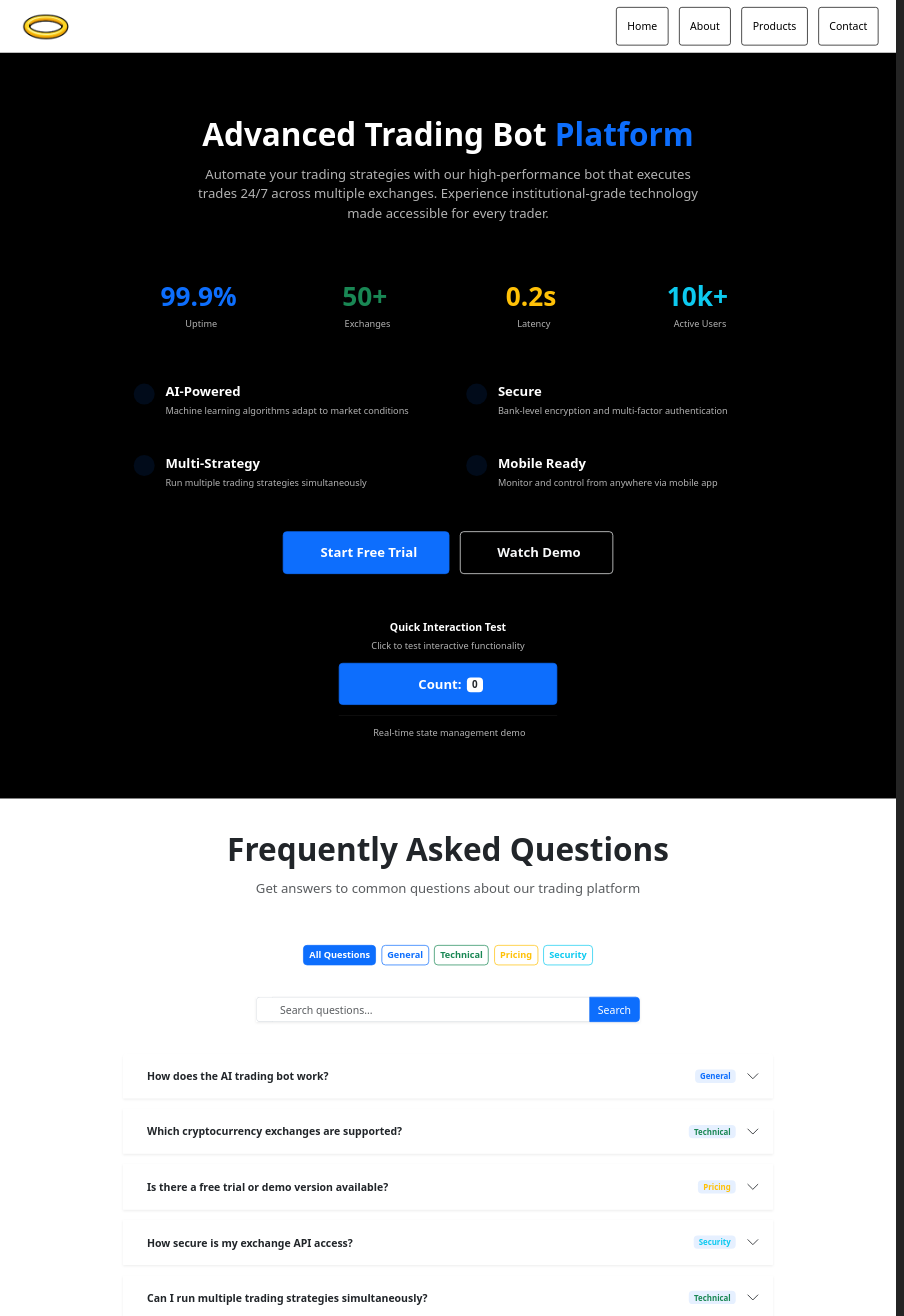
Repository: Kevin-Pro-Codes/halo-trading
Page: /
An editor plug-in stored every save of this project. The page is shown before and after a run of saves, followed by the edit.
The browser window is 1280 px wide. The page is 1280 px wide, then 1291 px, so the pictures cover 1291 px, including what lies to the right of the window. The pictures show the part of the page from y = 0 to 1880 px (the page is 19648 px tall), at 70% of full size.
The page's requests for data from a server got no answer. The project was rebuilt for these pictures with package versions that can differ from the ones it lists, and the page was loaded fresh each time. Some packages were replaced by stand-ins written for this rebuild. No one was signed in, and anything a server would have sent is missing. Also part of the build but not shown: vite.config.js, src/styles/DocStyle.css, src/styles/PricingStyle.css.

Above is the page before, as saved 2025-12-09 20:24:35.

### src/index.css
:root {
  font-family: system-ui, Avenir, Helvetica, Arial, sans-serif;
  line-height: 1.5;
  font-weight: 400;
  color-scheme: light dark;
  color: rgba(255, 255, 255, 0.87);
  background-color: #242424;
  font-synthesis: none;
  text-rendering: optimizeLegibility;
  -webkit-font-smoothing: antialiased;
  -moz-osx-font-smoothing: grayscale;
}

a {
  font-weight: 500;
  color: #646cff;
  text-decoration: inherit;
}
a:hover {
  color: #535bf2;
}


h1 {
  font-size: 3.2em;
  line-height: 1.1;
}

button {
  border-radius: 8px;
  border: 1px solid transparent;
  padding: 0.6em 1.2em;
  font-size: 1em;
  font-weight: 500;
  font-family: inherit;
  background-color: #1a1a1a;
  cursor: pointer;
  transition: border-color 0.25s;
}
button:hover {
  border-color: #646cff;
}
button:focus,
button:focus-visible {
  outline: 4px auto -webkit-focus-ring-color;
}

### src/Navbar.jsx
import React from 'react';
import haloLogo from './assets/halo.png';



const Navbar = ({ showHamburger, menuOpen, setMenuOpen }) => {
  return (
    <nav className="navbar">
      <div className="nav-content">
        <div className="nav-brand">
          <img src={haloLogo} alt="Trading Bot Logo" className="logo-img" />
        </div>

        {showHamburger ? (
          <div className="hamburger-container">
            <button
              className={`hamburger-btn ${menuOpen ? 'active' : ''}`}
              onClick={() => setMenuOpen(!menuOpen)}
              aria-label="Menu"
            >
              <span></span>
              <span></span>
              <span></span>
            </button>
          </div>
        ) : (
          <div className="nav-links">
            <button className="nav-btn">Home</button>
            <button className="nav-btn">About</button>
            <button className="nav-btn">Products</button>
            <button className="nav-btn">Contact</button>
          </div>
        )}
      </div>

      {showHamburger && menuOpen && (
        <div className="mobile-menu">
          <button className="nav-btn">Home</button>
          <button className="nav-btn">About</button>
          <button className="nav-btn">Products</button>
          <button className="nav-btn">Contact</button>
        </div>
      )}
    </nav>
  );
};

export default Navbar;

### src/components/LatestSection.jsx
import React from 'react';

const LatestSection = () => {
  const updates = [
    {
      id: 1,
      title: "Version 3.0 Launched",
      description: "Major platform upgrade with AI-powered trading signals, enhanced backtesting, and multi-exchange arbitrage capabilities.",
      category: "Platform Update",
      date: "June 2025",
      icon: "bi-rocket-takeoff-fill",
      color: "primary",
      badge: "New",
      tags: ["AI", "Performance", "Multi-Exchange"]
    },
    {
      id: 2,
      title: "Enhanced Security Framework",
      description: "Implemented advanced API key encryption, multi-factor authentication, and real-time threat detection systems.",
      category: "Security",
      date: "May 2025",
      icon: "bi-shield-check",
      color: "success",
      badge: "Enhanced",
      tags: ["Security", "Encryption", "2FA"]
    },
    {
      id: 3,
      title: "Mobile App 2.0 Released",
      description: "Redesigned mobile application with real-time notifications, advanced charting, and one-click trade execution.",
      category: "Mobile",
      date: "April 2025",
      icon: "bi-phone-fill",
      color: "info",
      badge: "Update",
      tags: ["Mobile", "iOS", "Android"]
    },
    {
      id: 4,
      title: "Added 5 New Exchanges",
      description: "Extended platform support to include KuCoin, Bybit, Bitfinex, OKX, and Gate.io for broader market access.",
      category: "Integration",
      date: "March 2025",
      icon: "bi-arrow-left-right",
      color: "warning",
      badge: "Expanded",
      tags: ["Exchanges", "Integration", "Markets"]
    },
    {
      id: 5,
      title: "Advanced Analytics Dashboard",
      description: "Introducing comprehensive performance metrics, profit/loss tracking, and customizable reporting tools.",
      category: "Features",
      date: "February 2025",
      icon: "bi-graph-up",
      color: "purple",
      badge: "Feature",
      tags: ["Analytics", "Reports", "Metrics"]
    },
    {
      id: 6,
      title: "Community Integration",
      description: "Launched user community forum and strategy marketplace for sharing and discovering profitable trading strategies.",
      category: "Community",
      date: "January 2025",
      icon: "bi-people-fill",
      color: "danger",
      badge: "Community",
      tags: ["Forum", "Strategies", "Social"]
    }
  ];

  const categories = [
    { id: "all", name: "All Updates", icon: "bi-grid", count: updates.length },
    { id: "platform", name: "Platform", icon: "bi-rocket", count: 1 },
    { id: "security", name: "Security", icon: "bi-shield", count: 1 },
    { id: "mobile", name: "Mobile", icon: "bi-phone", count: 1 },
    { id: "integration", name: "Integration", icon: "bi-arrow-left-right", count: 1 },
    { id: "features", name: "Features", icon: "bi-stars", count: 1 },
    { id: "community", name: "Community", icon: "bi-people", count: 1 }
  ];

  return (
    <section className="py-5 bg-dark text-white">
      <div className="container">
        {/* Header */}
        <div className="row justify-content-center text-center mb-5">
          <div className="col-lg-8">
            <div className="d-flex align-items-center justify-content-center mb-3">
              <div className="bg-primary bg-opacity-10 p-2 rounded-circle me-3">
                <i className="bi bi-megaphone-fill text-primary fs-3"></i>
              </div>
              <h2 className="display-5 fw-bold mb-0 text-white">Latest Updates & News</h2>
            </div>
            <p className="lead text-white-50 mb-4">
              Stay updated with the latest features, improvements, and announcements from our trading platform
            </p>
          </div>
        </div>

        {/* Stats Summary */}
        <div className="row justify-content-center mb-5">
          <div className="col-lg-10">
            <div className="row g-3">
              <div className="col-md-3 col-6">
                <div className="text-center p-3 bg-dark bg-opacity-50 border border-secondary rounded-3">
                  <div className="display-6 fw-bold text-primary mb-1">{updates.length}</div>
                  <div className="text-white-50 small">Total Updates</div>
                </div>
              </div>
              <div className="col-md-3 col-6">
                <div className="text-center p-3 bg-dark bg-opacity-50 border border-secondary rounded-3">
                  <div className="display-6 fw-bold text-success mb-1">5</div>
                  <div className="text-white-50 small">New Exchanges</div>
                </div>
              </div>
              <div className="col-md-3 col-6">
                <div className="text-center p-3 bg-dark bg-opacity-50 border border-secondary rounded-3">
                  <div className="display-6 fw-bold text-warning mb-1">3.0</div>
                  <div className="text-white-50 small">Current Version</div>
                </div>
              </div>
              <div className="col-md-3 col-6">
                <div className="text-center p-3 bg-dark bg-opacity-50 border border-secondary rounded-3">
                  <div className="display-6 fw-bold text-info mb-1">98%</div>
                  <div className="text-white-50 small">Uptime Rate</div>
                </div>
              </div>
            </div>
          </div>
        </div>

        {/* Category Filter */}
        <div className="row justify-content-center mb-4">
          <div className="col-lg-10">
            <div className="d-flex flex-wrap justify-content-center gap-2 mb-4">
              {categories.map((category) => (
                <button
                  key={category.id}
                  className="btn btn-outline-primary btn-sm px-3 py-2"
                >
                  <i className={`bi ${category.icon} me-2`}></i>
                  {category.name}
                  <span className="badge bg-primary ms-2">{category.count}</span>
                </button>
              ))}
            </div>
          </div>
        </div>

       {/* Updates Grid */}
<div className="row justify-content-center">
  <div className="col-lg-10">
    <div className="row g-4">
      {updates.map((update) => (
        <div key={update.id} className="col-md-6 col-lg-4">
          <div className="card h-100 border-secondary bg-white hover-lift transition-all">
            <div className="card-body p-4">
              <div className="d-flex justify-content-between align-items-start mb-3">
                <div className="d-flex align-items-center">
                  <div className={`bg-${update.color} bg-opacity-10 p-2 rounded-circle me-3`}>
                    <i className={`bi ${update.icon} text-${update.color} fs-5`}></i>
                  </div>
                  <span className={`badge bg-${update.color} bg-opacity-10 text-${update.color}`}>
                    {update.category}
                  </span>
                </div>
                <span className="badge bg-primary bg-opacity-10 text-primary">
                  {update.badge}
                </span>
              </div>

              <h4 className="fw-bold mb-3 text-black">{update.title}</h4>
              <p className="text-black mb-4">{update.description}</p>

              <div className="d-flex justify-content-between align-items-center mt-auto">
                <div className="d-flex flex-wrap gap-2"> {/* REMOVED: pb-5 class */}
                  {update.tags.map((tag, index) => (
                    <span key={index} className="badge bg-dark border border-secondary text-white-50 small pb-1.5">
                      #{tag}
                    </span>
                  ))}
                </div>
                <div className="text-end">
                  <div className="text-white-50 small">{update.date}</div>
                </div>
              </div>
            </div>

            {/* Card Footer */}
            <div className="card-footer bg-white border-top border-secondary pt-0">
              <button className="btn btn-link text-decoration-none p-0 text-primary">
                <i className="bi bi-arrow-right-circle me-1"></i>
                Learn More
              </button>
            </div>
          </div>
        </div>
      ))}
    </div>
  </div>
</div>

{/* Two Boxes at Bottom - FULL CONTROL */}
<div style={{
  width: '100%',
  padding: '0px',
  marginTop: '3rem',
  marginBottom: '2rem'
}}>
  <div style={{
    display: 'flex',
    gap: '30px',
    justifyContent: 'center'
  }}>

    {/* Left Box: Newsletter */}
    <div style={{
      flex: '1',
      minWidth: '650px',
      maxWidth: '700px'
    }}>
      <div className="card border-primary bg-white" style={{
        minHeight: '380px',
        borderRadius: '10px'
      }}>
        <div className="card-body p-4 d-flex flex-column">

          <div className="d-flex align-items-center mb-3">
            <div className="bg-primary bg-opacity-10 p-2 rounded-circle me-3">
              <i className="bi bi-bell-fill text-black fs-4"></i>
            </div>
            <div>
              <h4 className="fw-bold mb-1 text-black">Stay Updated</h4>
              <p className="text-black small mb-0">Get the latest news in your inbox</p>
            </div>
          </div>

          <p className="text-black mb-4">
            Subscribe to our newsletter and be the first to know about new features, updates, and trading insights.
          </p>

          <div className="mt-auto">
            <div className="input-group mb-3">
              <input
                type="email"
                className="form-control border-secondary"
                placeholder="Your email address"
              />
              <button className="btn btn-primary">Subscribe</button>
            </div>
            <small className="text-black">
              <i className="bi bi-shield-check me-1"></i>
              We respect your privacy. Unsubscribe anytime.
            </small>
          </div>
        </div>
      </div>
    </div>

    {/* Right Box: Roadmap */}
    <div style={{
      flex: '1',
      minWidth: '500px',
      maxWidth: '700px'
    }}>
      <div className="card border-warning bg-white" style={{
        minHeight: '380px',
        borderRadius: '10px'
      }}>
        <div className="card-body p-4 d-flex flex-column">

          <div className="d-flex align-items-center mb-3">
            <div className="bg-warning bg-opacity-10 p-2 rounded-circle me-3">
              <i className="bi bi-map text-warning fs-4"></i>
            </div>
            <div>
              <h4 className="fw-bold mb-1 text-black">What's Coming Next</h4>
              <p className="text-black small mb-0">Upcoming features roadmap</p>
            </div>
          </div>

          <div className="mb-4">
            <div className="d-flex align-items-start mb-3">
              <div className="text-warning me-3 mt-1"><i className="bi bi-circle-fill"></i></div>
              <div>
                <h6 className="fw-bold mb-1 text-black">AI Strategy Builder</h6>
                <p className="text-black small mb-0">Create custom trading strategies with AI assistance</p>
                <small className="text-warning"><i className="bi bi-calendar me-1"></i> Q3 2025</small>
              </div>
            </div>

            <div className="d-flex align-items-start mb-3">
              <div className="text-info me-3 mt-1"><i className="bi bi-circle-fill"></i></div>
              <div>
                <h6 className="fw-bold mb-1 text-black">Social Trading</h6>
                <p className="text-black small mb-0">Follow top traders and copy their strategies</p>
                <small className="text-info"><i className="bi bi-calendar me-1"></i> Q4 2025</small>
              </div>
            </div>

            <div className="d-flex align-items-start">
              <div className="text-success me-3 mt-1"><i className="bi bi-circle-fill"></i></div>
              <div>
                <h6 className="fw-bold mb-1 text-black">DeFi Integration</h6>
                <p className="text-black small mb-0">Connect with decentralized finance protocols</p>
                <small className="text-success"><i className="bi bi-calendar me-1"></i> Q1 2026</small>
              </div>
            </div>
          </div>

          <div className="mt-auto">
            <button className="btn btn-outline-warning w-100">
              <i className="bi bi-clock-history me-2"></i>
              View Full Roadmap
            </button>
          </div>
        </div>
      </div>
    </div>

  </div>
</div>

        {/* View All Button - Adjusted for bottom position */}
        <div className="row justify-content-center mt-5 py-5"> {/* CHANGED: Increased top margin to mt-5 and added vertical padding with py-5 */}
          <div className="col-lg-10 text-center">
            <button className="btn btn-outline-primary px-4 py-3">
              <i className="bi bi-clock-history me-2"></i>
              View Complete Update History
              <i className="bi bi-arrow-right ms-2"></i>
            </button>
          </div>
        </div>
      </div>

      {/* CSS Styling */}
      <style jsx>{`
        .bg-dark {
          background-color: #000000 !important;
        }
          .bg-white {
          background-color: #ffffffff !important;
        }
        .hover-lift {
          transition: all 0.3s ease;
        }

        .hover-lift:hover {
          transform: translateY(-5px);
          box-shadow: 0 10px 25px rgba(0, 0, 0, 0.3) !important;
          border-color: #495057 !important;
        }

        .transition-all {
          transition: all 0.3s ease;
        }

        .bg-purple {
          background-color: #6f42c1 !important;
        }

        .text-purple {
          color: #6f42c1 !important;
        }

        .bg-purple.bg-opacity-10 {
          background-color: rgba(111, 66, 193, 0.1) !important;
        }

        .bg-danger.bg-opacity-10 {
          background-color: rgba(220, 53, 69, 0.1) !important;
        }

        .text-white-50 {
          color: rgba(255, 255, 255, 0.7) !important;
        }

        .border-secondary {
          border-color: #495057 !important;
        }

        .btn-outline-primary:hover {
          transform: translateY(-2px);
          box-shadow: 0 5px 15px rgba(13, 110, 253, 0.2);
        }

        .btn-outline-warning:hover {
          transform: translateY(-2px);
          box-shadow: 0 5px 15px rgba(255, 193, 7, 0.2);
        }

        .form-control:focus {
          background-color: #ffffffff !important;
          border-color: #86b7fe !important;
          box-shadow: 0 0 0 0.25rem rgba(13, 110, 253, 0.25) !important;
          color: white !important;
        }


      `}</style>
    </section>
  );
};

export default LatestSection;

### src/Footer.jsx
import React from "react";

const Footer = () => {
  return (
    <footer className="section-black">
      <div className="section-content">
        <div className="footer-grid">
          <div className="footer-col">
            <h3>Contact</h3>
            <p>Email: support@halo.com</p>
            <p>Phone: +55 11 9987-6543</p>
            <p>Address: 456 Finance Street, Crypto City</p>
          </div>
          <div className="footer-col">
            <h3>Legal</h3>
            <p><a href="#">Risk Disclosure</a></p>
            <p><a href="#">Terms of Service</a></p>
            <p><a href="#">Privacy Policy</a></p>
          </div>
          <div className="footer-col">
            <h3>Support</h3>
            <p><a href="#">Help Center</a></p>
            <p><a href="#">API Documentation</a></p>
            <p><a href="#">Community Forum</a></p>
            <p className="mt-3"><a href="#">MetaTrader 5</a></p>
          </div>
        </div>
        <div className="footer-bottom">
          <p>
            © 2025 Halo Algo Trading. All rights reserved. Disclaimer: Trading
            involves risk. Past performance is not indicative of future results.
          </p>
          <p className="disclaimer"></p>
        </div>
      </div>
    </footer>
  );
};

export default Footer;

### src/App.css
/* Variables */
:root {
  --primary-color: #646cff;
  --primary-hover: #535bf2;
  --text-dark: black;
  --text-light: #ffffff;
  --bg-dark: black;
  --bg-light: #ffffff;
  --border-radius: 4px;
  --transition: all 0.3s ease;
}

#root {
  max-width: 100%;
  margin: auto;
  padding: 0rem;
  text-align: center;
}

/* Base Styles */
* {
  box-sizing: border-box;
  margin: 0;
  padding: 0;


}

html {
  font-size: 15px;

}



/* Typography */
h1, h2, h3, h4, h5, h6 {
  margin-bottom: 1rem;
  line-height: 1.2;
}

h2 {
  font-size: 2rem;
}

h3 {
  font-size: 1.5rem;
  margin: 1rem 0;
}

p {
  margin-bottom: 1rem;
}

ul {
  list-style: none;
  padding-left: 0;
}

/* Utility Classes */
.black-text {
  color: var(--text-dark);
}

.white-text {
  color: var(--text-light);
}

.bg-white {
  background-color: var(--bg-light);
}

.bg-black {
  background-color: var(--bg-dark);
}


section {
  padding: 3rem 0;
}

.section-content {
  max-width: 2280px;
  margin: 0 auto;
  padding: 0 1rem;
}

.section-black {
  background-color: var(--bg-dark);
  color: var(--text-light);
}

### src/styles/ConverterStyle.css
/* Add to your existing CSS */
.converter-container {
  max-width: 500px;
  margin: 0 auto;
}

.converter-card {
  background-color: white;
  padding: 2rem;
  border-radius: var(--border-radius);
}

.converter-row {
  display: flex;
  align-items: center;
  margin-bottom: 1rem;
}

.converter-row label {
  width: 80px;
  text-align: right;
  margin-right: 1rem;
}

.converter-row input {
  flex: 1;
  padding: 0.5rem;
  border-radius: var(--border-radius);
  border: 1px solid #ddd;
  background-color: var(--bg-light);
  color: var(--text-dark);
}

.converter-card label,
.converter-card .rate-display {
  color: black; /* Replace with your desired color */
  font-weight: bold;
}

.rate-display {
  text-align: center;
  margin-top: 1.5rem;
  font-size: 0.9rem;
  opacity: 0.8;
}

/* Responsive adjustments */
@media (max-width: 600px) {
  .converter-row {
    flex-direction: column;
    align-items: flex-start;
  }

  .converter-row label {
    width: 100%;
    text-align: left;
    margin-bottom: 0.5rem;
  }
}

### src/styles/FooterStyle.css

/* Footer */
.footer-grid {
  display: grid;
  grid-template-columns: repeat(auto-fit, minmax(200px, 1fr));

}

.footer-col a {
  color: var(--text-light);
  text-decoration: none;

}

.footer-col a:hover {
  text-decoration: underline;

}

.footer-bottom {
  text-align: center;
  padding-top: 1rem;
  border-top: 1px solid rgba(255, 255, 255, 0.1);

}

.disclaimer {

  padding-bottom: 10px;
   margin-bottom: 0px !important;
}

Loaded but not shown: index.html (common file); src/main.jsx (common file); src/components/DocSection.jsx (389 lines, source omitted); src/components/ConverterSection.jsx (399 lines, source omitted); src/components/FaqSection.jsx (283 lines, source omitted); src/components/SetupSection.jsx (300 lines, source omitted); src/components/GallerySection.jsx (302 lines, source omitted); src/components/PricingSection.jsx (314 lines, source omitted); src/components/TestimonialSection.jsx (224 lines, source omitted); src/components/IntroSection.jsx (222 lines, source omitted); src/components/PerformanceSection.jsx (184 lines, source omitted); src/App.jsx (130 lines, source omitted); src/styles/NavbarStyle.css (126 lines, source omitted); src/styles/GalleryStyle.css (62 lines, source omitted); src/styles/FaqStyle.css (no stored copy; drawn as an empty file); src/styles/IntroStyle.css (no stored copy; drawn as an empty file); src/styles/LatestStyle.css (no stored copy; drawn as an empty file); src/styles/PerformanceStyle.css (no stored copy; drawn as an empty file); src/styles/SetupStyle.css (no stored copy; drawn as an empty file); src/styles/TestimonialStyle.css (no stored copy; drawn as an empty file)

After the next 2 saves:
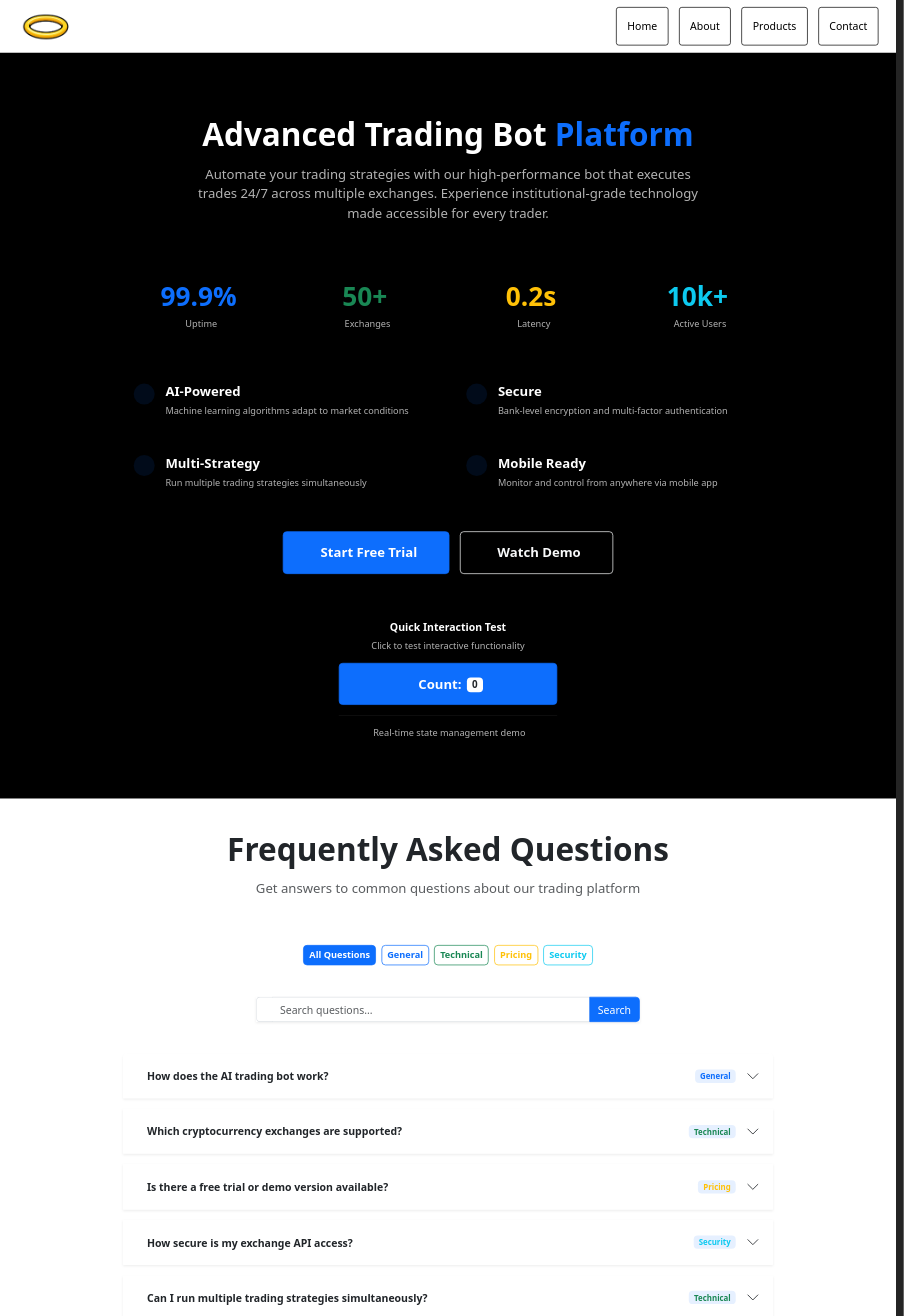
The 2 saves are shown as one change because 1 did not build or start.
The last was saved 70 s later.
--- a/src/components/LatestSection.jsx
+++ b/src/components/LatestSection.jsx
@@ -201,6 +201,9 @@ const LatestSection = () => {
   </div>
 </div>
 
+{/* CLOSE the container before the bottom cards */}
+      </div> {/* Close the container div */}
+
 {/* Two Boxes at Bottom - FULL CONTROL */}
 <div style={{
   width: '100%',
@@ -332,7 +335,7 @@ const LatestSection = () => {
             </button>
           </div>
         </div>
-      </div>
+
 
       {/* CSS Styling */}
       <style jsx>{`
